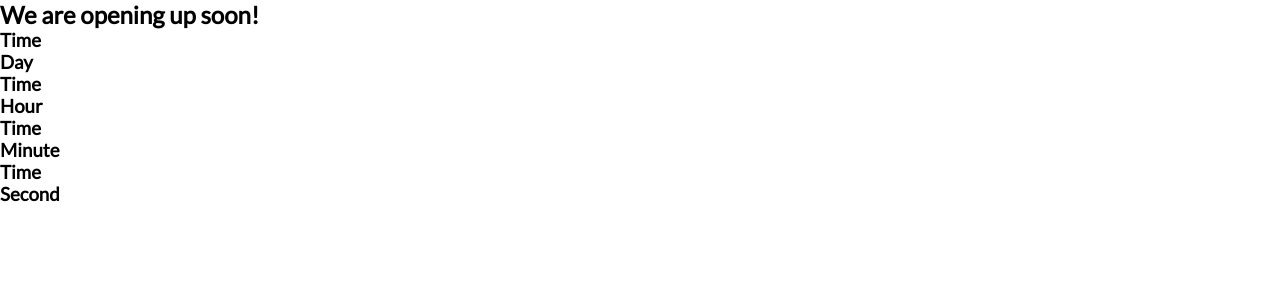
Repository: PratypartyY2K/JavaScript-Projects
Page: Countdown/index.html
An editor plug-in stored every save of this project. The page is shown before and after the next save, followed by the edit.
The browser window is 1280 px wide. The pictures show the whole page.

Above is the page before, as saved 2021-05-13 16:39:02.

After the next save:
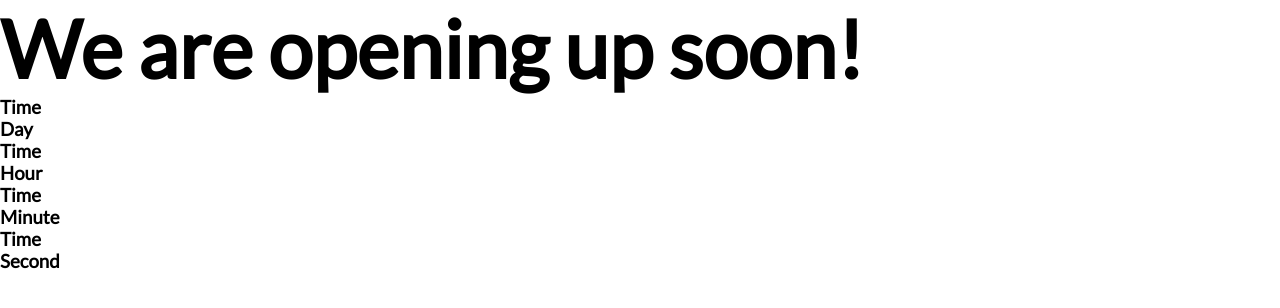
Saved 30 s later.
--- a/Countdown/styles.css
+++ b/Countdown/styles.css
@@ -7,3 +7,8 @@
 body {
     font-family: "Lato", sans-serif;
 }
+
+h2 {
+    font-size: 5rem;
+    font-weight: bold;
+}
